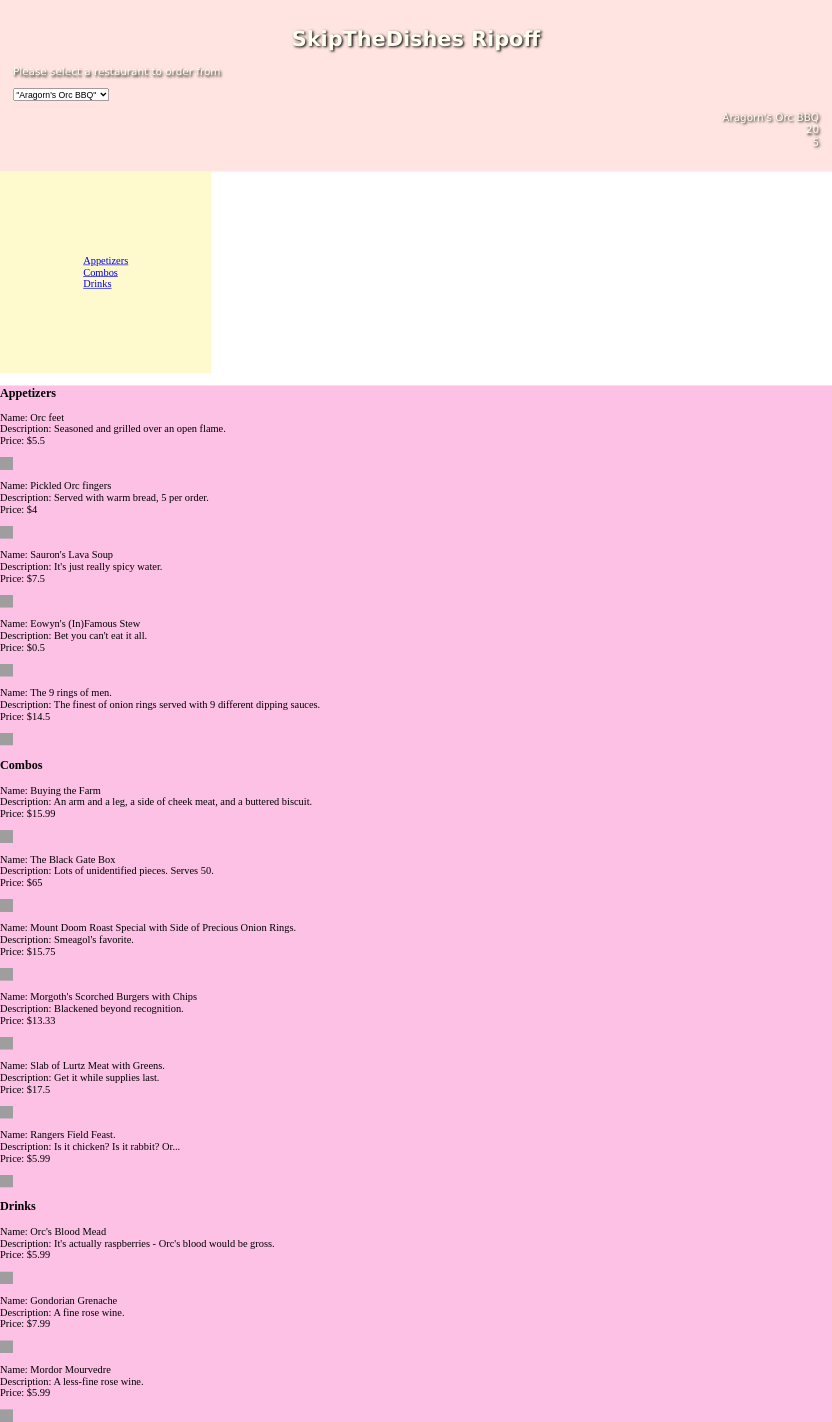
Repository: hudaali14/Carleton
Page: 2406/Assignments/Assignment1 (97)/order.html
An editor plug-in stored every save of this project. The page is shown before and after the next save, followed by the edit.
The browser window is 1280 px wide. The pictures show the whole page, at 65% of full size.
After loading, the first visible `#dropdown` was changed once.
Pictures or frames that could not be fetched are drawn as grey boxes.

Above is the page before, as saved 2020-01-26 00:35:36.

### 2406/Assignments/Assignment1 (97)/order.html
<html>
    <head>
        <title> Title </title>
        <link rel="stylesheet" href="style.css">
    </head>
    <body onload="init()">
        <div id="header">
            <h1>SkipTheDishes Ripoff</h1>
            <div id="dropdownText">
                <p>Please select a restaurant to order from</p>
                <select id="dropdown">
                    <option value="select a restaurant" selected>Select a Restaurant</option>
                </select>
            </div>
            <p id="requirements"></p>
        </div>

        <div id="categories"></div>

        <div id="items"></div>

        <script src="client.js"></script>
    </body>
</html>

### 2406/Assignments/Assignment1 (97)/style.css
#header{
    margin: 0px;
    padding: 20px;
    border: 0px;
    text-align: center;
    background-color: mistyrose;
    color: ivory;
    text-shadow: 2px 2px 4px #000000;
    font-family: 'Lucida Sans';
}

#dropdownText{
    text-align:left;
}

#requirements{
    text-align: right;
}

#categories{
    padding: 10%;
    background-color: lemonchiffon;
    color: black;
    display: inline-block;
    border: 0px;
    margin: 0px;
}

#items{
    background-color: rgb(253, 193, 230);
    border: 0px;
    margin: 0px;
    color: black;
}

#image{
    width: 20px;
    height: 20px;
}


body{
    margin : 0;
}

### 2406/Assignments/Assignment1 (97)/client.js
let aragorn = {
	name: "Aragorn's Orc BBQ", //The name of the restaurant
	min_order: 20, //The minimum order amount required to place an order
	delivery_charge: 5, //The delivery charge for this restaurant
	//The menu
	menu: {
		//First category
		"Appetizers": {
			//First item of this category
			0: {
				name: "Orc feet",
				description: "Seasoned and grilled over an open flame.", //
				price: 5.50
			},
			1: {
				name: "Pickled Orc fingers",
				description: "Served with warm bread, 5 per order.",
				price: 4.00
			},
			2: { //Thank you Kiratchii
				name: "Sauron's Lava Soup",
				description: "It's just really spicy water.",
				price: 7.50
			},
			3: {
				name: "Eowyn's (In)Famous Stew",
				description: "Bet you can't eat it all.",
				price: 0.50
			},
			4: {
				name: "The 9 rings of men.",
				description: "The finest of onion rings served with 9 different dipping sauces.",
				price: 14.50
			}
		},
		"Combos": {
			5: {
				name: "Buying the Farm",
				description: "An arm and a leg, a side of cheek meat, and a buttered biscuit.",
				price: 15.99
			},
			6: {
				name: "The Black Gate Box",
				description: "Lots of unidentified pieces. Serves 50.",
				price: 65.00
			},
			7: {//Thanks to M_Sabeyon
				name: "Mount Doom Roast Special with Side of Precious Onion Rings.",
				description: "Smeagol's favorite.",
				price: 15.75
			},
			8: { //Thanks Shar[TA]
				name: "Morgoth's Scorched Burgers with Chips",
				description: "Blackened beyond recognition.",
				price: 13.33

			},
			9: {
				name: "Slab of Lurtz Meat with Greens.",
				description: "Get it while supplies last.",
				price: 17.50
			},
			10: {
				name: "Rangers Field Feast.",
				description: "Is it chicken? Is it rabbit? Or...",
				price: 5.99
			}
		},
		"Drinks": {
			11: {
				name: "Orc's Blood Mead",
				description: "It's actually raspberries - Orc's blood would be gross.",
				price: 5.99
			},
			12: {
				name: "Gondorian Grenache",
				description: "A fine rose wine.",
				price: 7.99
			},
			13: {
				name: "Mordor Mourvedre",
				description: "A less-fine rose wine.",
				price: 5.99
			}
		}
	}
};

let legolas = {
	name: "Lembas by Legolas",
	min_order: 15,
	delivery_charge: 3.99,
	menu: {
		"Lembas": {
			0: {
				name: "Single",
				description: "One piece of lembas.",
				price: 3
			},
			1: {
				name: "Double",
				description: "Two pieces of lembas.",
				price: 5.50
			},
			2: {
				name: "Triple",
				description: "Three pieces, which should be more than enough.",
				price: 8.00
			}
		},
		"Combos": {
			3: {
				name: "Second Breakfast",
				description: "Two pieces of lembas with honey.",
				price: 7.50
			},
			4: {
				name: "There and Back Again",
				description: "All you need for a long journey - 6 pieces of lembas, salted pork, and a flagon of wine.",
				price: 25.99
			},
			5: {
				name: "Best Friends Forever",
				description: "Lembas and a heavy stout.",
				price: 6.60
			}
		}
	}
};

let frodo = {
	name: "Frodo's Flapjacks",
	min_order: 35,
	delivery_charge: 6,
	menu: {
		"Breakfast": {
			0: {
				name: "Hobbit Hash",
				description: "Five flapjacks, potatoes, leeks, garlic, cheese.",
				price: 9.00
			},
			1: {
				name: "The Full Flapjack Breakfast",
				description: "Eight flapjacks, two sausages, 3 eggs, 4 slices of bacon, beans, and a coffee.",
				price: 14.00
			},
			2: {
				name: "Southfarthing Slammer",
				description: "15 flapjacks and 2 pints of syrup.",
				price: 12.00
			}

		},
		"Second Breakfast": {
			3: {
				name: "Beorning Breakfast",
				description: "6 flapjacks smothers in honey.",
				price: 7.50
			},
			4: {
				name: "Shire Strawberry Special",
				description: "6 flapjacks and a hearty serving of strawberry jam.",
				price: 8
			},
			5: {
				name: "Buckland Blackberry Breakfast",
				description: "6 flapjacks covered in fresh blackberries. Served with a large side of sausage.",
				price: 14.99
			}
		},
		"Elevenses": {
			6: {
				name: "Lembas",
				description: "Three pieces of traditional Elvish Waybread",
				price: 7.70
			},
			7: {
				name: "Muffins of the Marish",
				description: "A variety of 8 different types of muffins, served with tea.",
				price: 9.00
			},
			8: {
				name: "Hasty Hobbit Hash",
				description: "Potatoes with onions and cheese. Served with coffee.",
				price: 5.00
			}
		},
		"Luncheon": {
			9: {
				name: "Shepherd's Pie",
				description: "A classic. Includes 3 pies.",
				price: 15.99
			},
			10: {
				name: "Roast Pork",
				description: "An entire pig slow-roasted over a fire.",
				price: 27.99
			},
			11: {
				name: "Fish and Chips",
				description: "Fish - fried. Chips - nice and crispy.",
				price: 5.99
			}
		},
		"Afternoon Tea": {
			12: {
				name: "Tea",
				description: "Served with sugar and cream.",
				price: 3
			},
			13: {
				name: "Coffee",
				description: "Served with sugar and cream.",
				price: 3.50
			},
			14: {
				name: "Cookies and Cream",
				description: "A dozen cookies served with a vat of cream.",
				price: 15.99
			},
			15: {
				name: "Mixed Berry Pie",
				description: "Fresh baked daily.",
				price: 7.00
			}
		},
		"Dinner": {
			16: {
				name: "Po-ta-to Platter",
				description: "Boiled. Mashed. Stuck in a stew.",
				price: 6
			},
			17: {
				name: "Bree and Apple",
				description: "One wheel of brie with slices of apple.",
				price: 7.99
			},
			18: {
				name: "Maggot's Mushroom Mashup",
				description: "It sounds disgusting, but its pretty good",
				price: 6.50
			},
			19: {
				name: "Fresh Baked Bread",
				description: "A whole loaf of the finest bread the Shire has to offer.",
				price: 6
			},
			20: {
				name: "Pint of Ale",
				description: "Yes, it comes in pints.",
				price: 5
			}
		},
		"Supper": {
			21: {
				name: "Sausage Sandwich",
				description: "Six whole sausages served on a loaf of bread. Covered in onions, mushrooms and gravy.",
				price: 15.99
			},
			22: {
				name: "Shire Supper",
				description: "End the day as you started it, with a dozen flapjacks, 5 eggs, 3 sausages, 7 pieces of bacon, and a pint of ale.",
				price: 37.99
			}
		}
	}
};

let restaurants = [aragorn, legolas, frodo];
let order = [];

function init(){
	let r = document.getElementById("dropdown");
	for(i = 0; i<restaurants.length; i++){
		let resoptions = document.createElement("option");
		str = JSON.stringify(restaurants[i].name);
		resoptions.value = str;
		resoptions.text = str;
		r.appendChild(resoptions);
	}
	let category = document.getElementById("categories");
	//r.addEventListener("click", checkItemsMenu);
	r.onchange= displayCategories;
}

function checkItemsMenu(){
	if(order.length > 0){
		if(confirm("There is a current order with items in it. Do you want to clear the order?")){
			items = [];
			return;
		}
	}
}

function displayRestaurant(index){
	let requirements = document.getElementById("requirements");
	requirements.innerHTML="";
	let para = document.createElement("p");
	para.innerHTML += restaurants[index].name + "<br/>";
	para.innerHTML += restaurants[index].min_order + "<br/>";
	para.innerHTML += restaurants[index].delivery_charge;
	requirements.appendChild(para);
}

function addItem(name, price){

}

function displayCategories(){
	let dropdownMenu=document.getElementById("dropdown");
	let category=document.getElementById("categories");
	category.innerHTML="";
	if(dropdownMenu.selectedIndex==1){
		displayRestaurant(dropdownMenu.selectedIndex-1);
		let aragornMenu= ["Appetizers", "Combos","Drinks"];
		aragornMenu.forEach(element => {
			let txt= "#"+element;
			let para =document.createElement("a");
			para.innerHTML=element+"<br/>";
			para.href=txt;
			category.appendChild(para);
		});
		displayItems(aragorn, aragornMenu);
	}else if(dropdownMenu.selectedIndex==2){
		displayRestaurant(dropdownMenu.selectedIndex-1);
		let legolasMenu=["Lembas", "Combos"];
		legolasMenu.forEach(element => {
			let txt= "#"+element;
			let para =document.createElement("a");
			para.innerHTML=element+"<br/>";
			para.href=txt;
			category.appendChild(para);
		});
		displayItems(legolas, legolasMenu);

	}else if(dropdownMenu.selectedIndex==3){
		displayRestaurant(dropdownMenu.selectedIndex-1);
		let frodoMenu=["Breakfast","Second Breakfast","Elevenses","Luncheon","Afternoon Tea","Dinner","Supper"];
		frodoMenu.forEach(element => {
			let txt= "#"+element;
			let para =document.createElement("a");
			para.innerHTML=element+"<br/>";
			para.href=txt;
			category.appendChild(para);
		});
		displayItems(frodo, frodoMenu);
	}else{
		let x=5;
	}
}

function displayItems(restaurant, restaurantMenu){
	let itemMenu = document.getElementById("items");
	itemMenu.innerHTML = "";
	let categoryItems = restaurant.menu;
	let counter = 0;
  	for(let i = 0; i < restaurantMenu.length; i++){
		  let category = document.createElement("h3");
		  category.innerHTML = restaurantMenu[i]+"<br/>";
		  category.id= restaurantMenu[i];
		  itemMenu.appendChild(category);
    	while(typeof restaurant.menu[restaurantMenu[i]][counter] !== "undefined"){
			let item = restaurant.menu[restaurantMenu[i]][counter];
			let para = document.createElement("p");
			let image= document.createElement("img");
			image.id="image";
			image.src="https://p7.hiclipart.com/preview/27/906/465/symbol-cross-line-font-add.jpg";
			para.innerHTML += "Name: " + item.name + "<br/>";
			para.innerHTML += "Description: " + item.description + "<br/>";
			para.innerHTML += "Price: $" + item.price + "<br/>";
			itemMenu.appendChild(para);
			itemMenu.appendChild(image);
      		counter++;
    	}
  	}
}

After the next save:
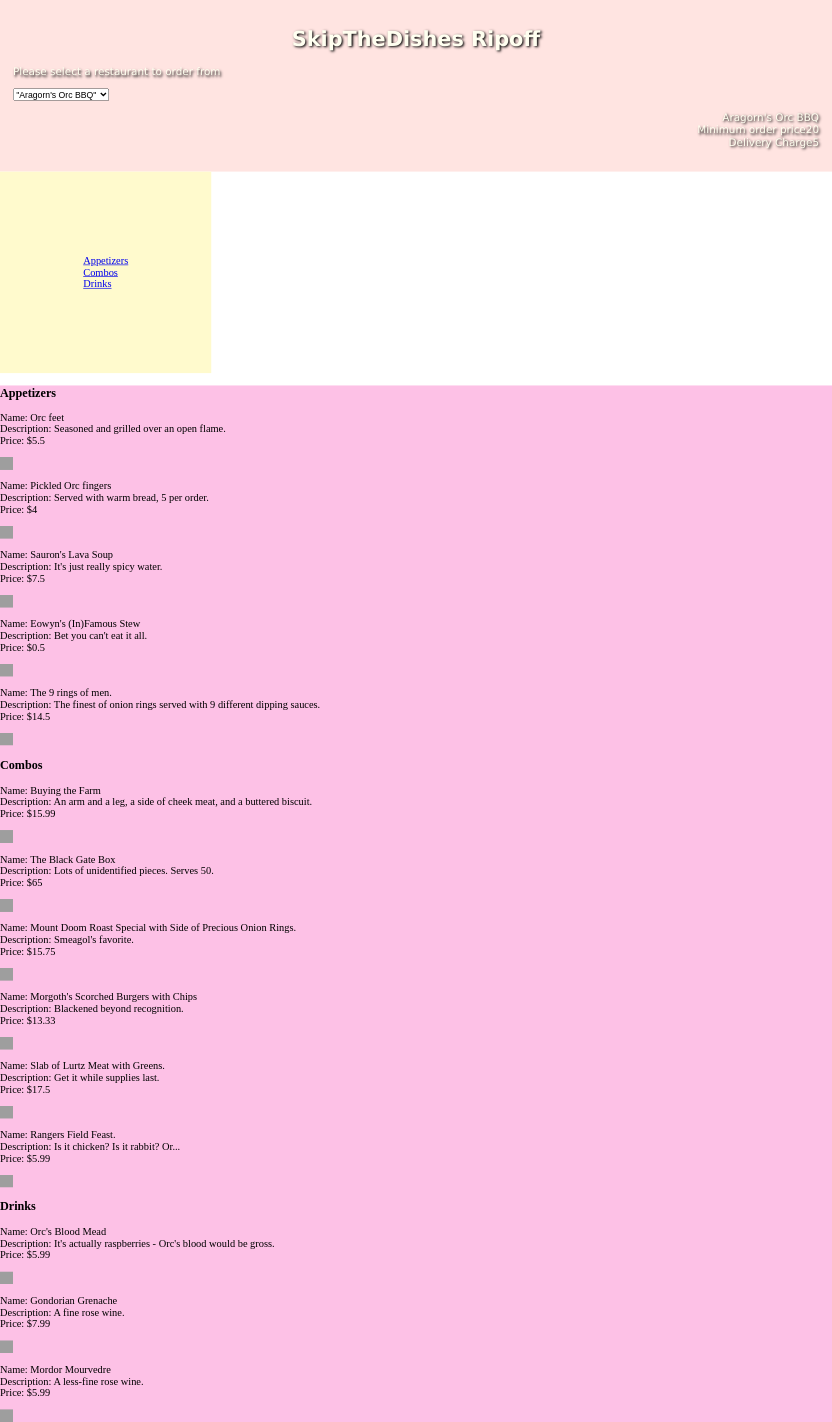
Saved 3 min 26 s later.
--- a/2406/Assignments/Assignment1 (97)/client.js
+++ b/2406/Assignments/Assignment1 (97)/client.js
@@ -297,8 +297,8 @@
 	requirements.innerHTML="";
 	let para = document.createElement("p");
 	para.innerHTML += restaurants[index].name + "<br/>";
-	para.innerHTML += restaurants[index].min_order + "<br/>";
-	para.innerHTML += restaurants[index].delivery_charge;
+	para.innerHTML += "Minimum order price" + restaurants[index].min_order + "<br/>";
+	para.innerHTML += "Delivery Charge" + restaurants[index].delivery_charge;
 	requirements.appendChild(para);
 }
 
